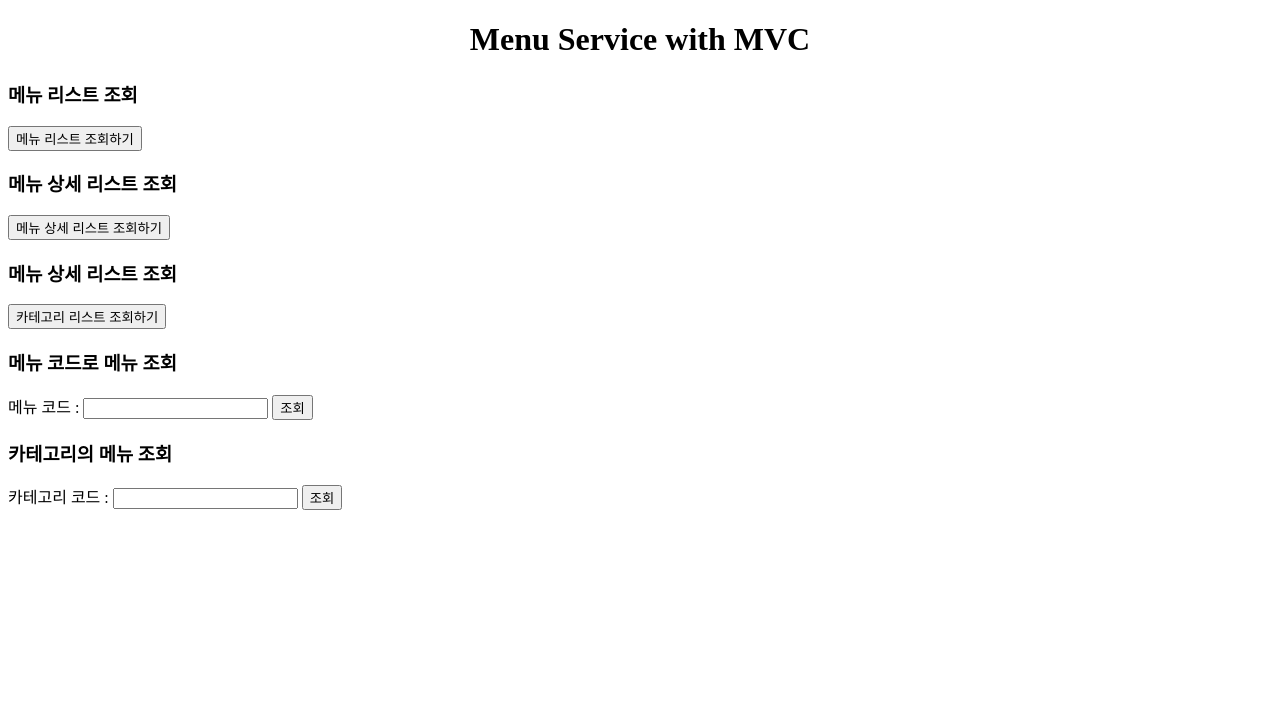
Repository: DaeyeonKim97/Menu-MVC
Page: http://localhost/menu-mvc-mybatis/
The author's editor kept a copy of each file at every save. The page is drawn from the files as they stood at one save, then again after the next save.
The browser window is 1280 px wide. The pictures show the whole page.
The page is served by Tomcat 9. Nobody is signed in. The application's start-up code is not run.

Above is the page before, as saved 2022-08-13 08:43:52.

After the next save:
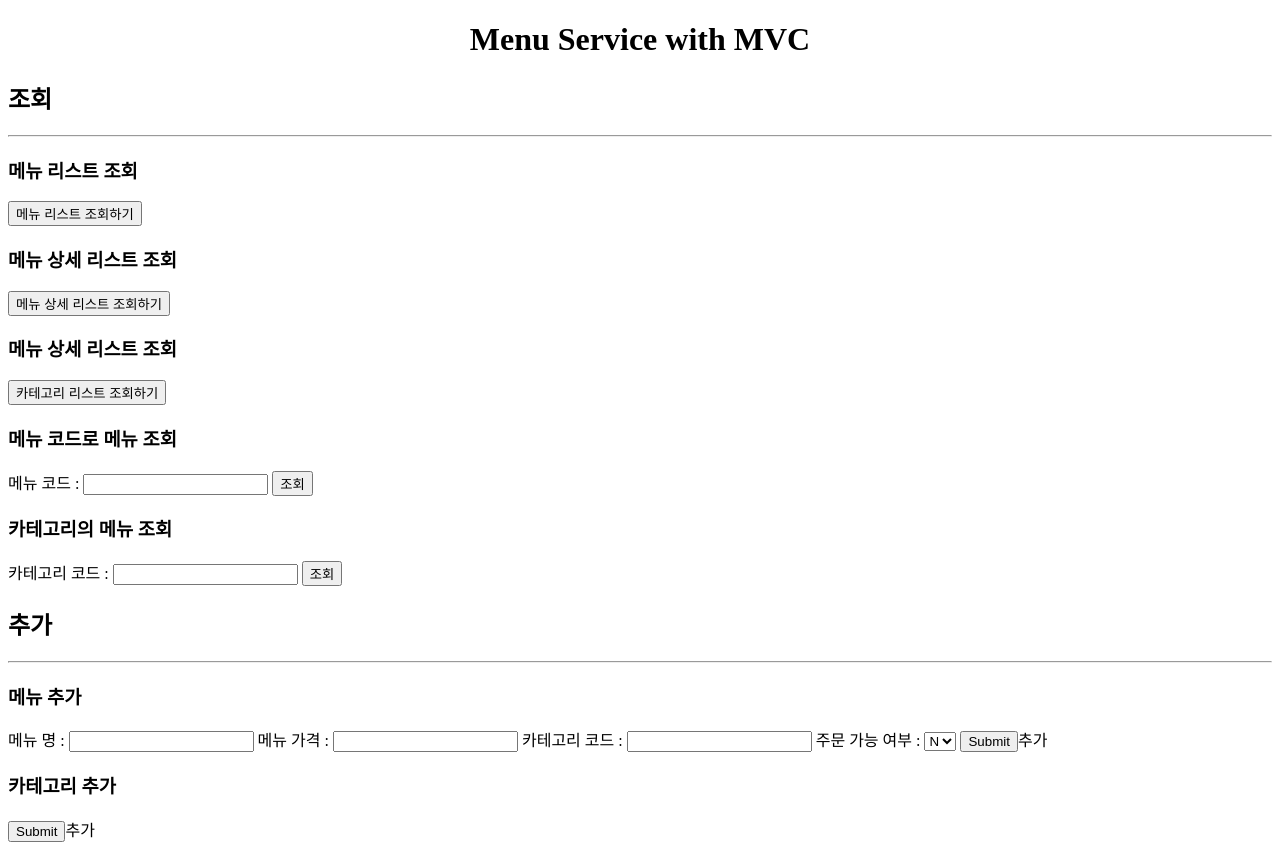
Saved 9 min 56 s later.
--- a/menu-mvc-mybatis/src/main/webapp/index.jsp
+++ b/menu-mvc-mybatis/src/main/webapp/index.jsp
@@ -8,6 +8,8 @@
 </head>
 <body>
 	<jsp:include page="./WEB-INF/views/common/header.jsp"/>
+	<h2>조회</h2>
+	<hr>
 	<h3>메뉴 리스트 조회</h3>
 	<button onclick="location.href = '${pageContext.servletContext.contextPath}/list'">
 		메뉴 리스트 조회하기
@@ -32,5 +34,29 @@
 		<input type="number" name="categoryCode" id="categoryCode"/>
 		<button type="submit">조회</button>
 	</form>
+	<h2>추가</h2>
+	<hr>
+	<h3>메뉴 추가</h3>
+	<form action="insertMenu" method="post">
+	<label>메뉴 명 :</label>
+	<input type="text" name="name"/>
+	<label>메뉴 가격 :</label>
+	<input type="number" name="price"/>
+	<label>카테고리 코드 :</label>
+	<input type="text" name="categoryCode"/>
+	<label>주문 가능 여부 :</label>
+	<select name="orderableStatus">
+		<option value="Y" selected>Y</option>
+		<option value="N" selected>N</option>
+	</select>
+
+	<input type="submit">추가</button>
+	</form>
+	<h3>카테고리 추가</h3>
+	<form action="insertCategory" method="post">
+
+	<input type="submit">추가</button>
+	</form>
+
 </body>
 </html>
